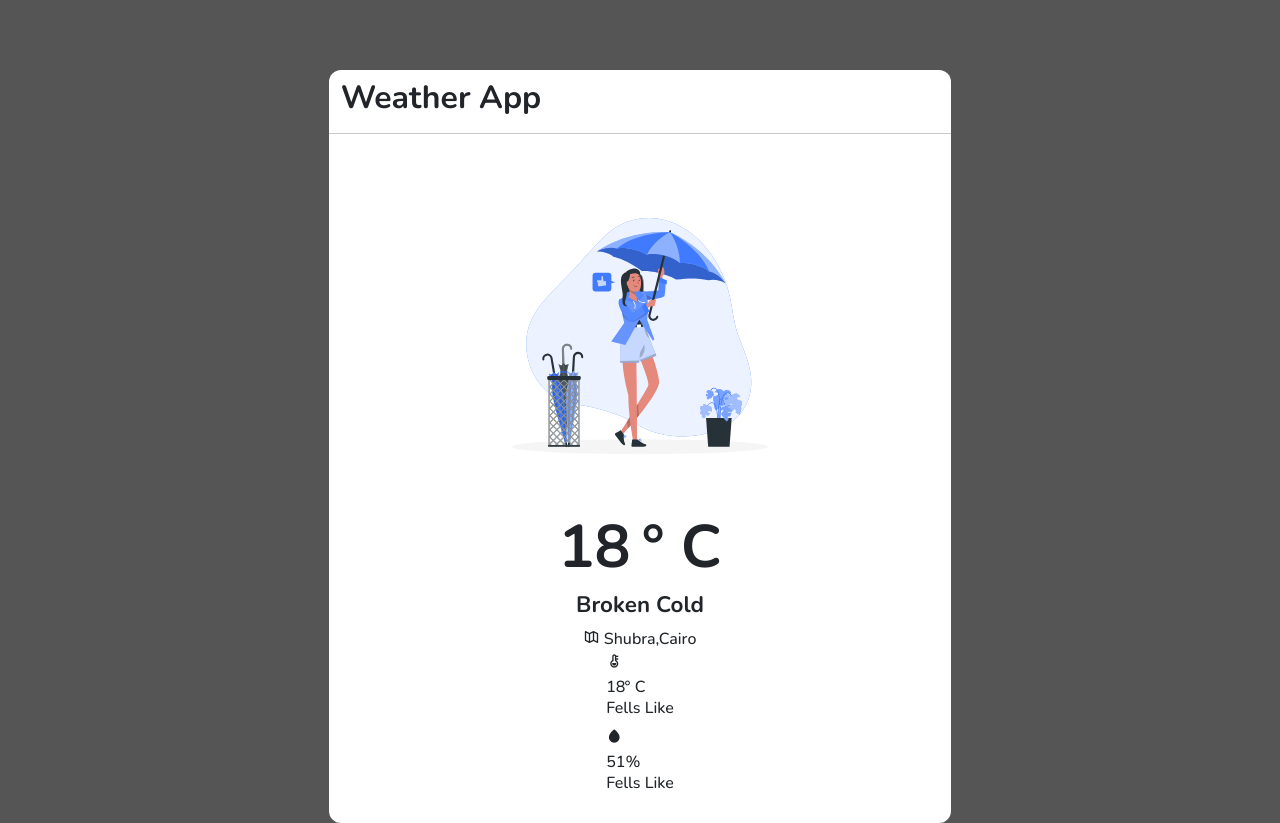
Repository: youssef168/Weather-App
Page: index.htm
The author's editor kept a copy of each file at every save. The page is drawn from the files as they stood at one save, then again after a run of saves.
The browser window is 1280 px wide. The pictures show the whole page.

Above is the page before, as saved 2021-12-28 20:04:46.

### index.htm
<!DOCTYPE html>
<html lang="en">
<head>
    <meta charset="UTF-8">
    <meta http-equiv="X-UA-Compatible" content="IE=edge">
    <meta name="viewport" content="width=device-width, initial-scale=1.0">
    <link href="https://cdn.jsdelivr.net/npm/bootstrap@5.1.3/dist/css/bootstrap.min.css" rel="stylesheet" integrity="sha384-1BmE4kWBq78iYhFldvKuhfTAU6auU8tT94WrHftjDbrCEXSU1oBoqyl2QvZ6jIW3" crossorigin="anonymous">
    <link rel="preconnect" href="https://fonts.googleapis.com">
    <link rel="preconnect" href="https://fonts.gstatic.com" crossorigin>
    <link href="https://fonts.googleapis.com/css2?family=Nunito:ital,wght@0,300;0,500;0,600;0,700;0,900;1,200;1,300;1,400;1,500;1,700&family=Work+Sans:ital,wght@1,400;1,600&display=swap" rel="stylesheet">
    <link rel="stylesheet" href="./style.css">
    <link href='https://unpkg.com/boxicons@2.1.1/css/boxicons.min.css' rel='stylesheet'>

    <title>Document</title>
</head>
<body>
    <div class="container">
        <div class='row super'>
            <h2>Weather App</h2>
            <hr>
          <div class='col'>
              <div class="wearher-img">
                  <img class="w-100" src="./Umbrella-rafiki.svg" alt="">
              </div>
              <div class="weather-details">
                  <span class="degree">18</span>
                  <span class="sign">°</span>
                  <span class="sign-2">
                    C
                  </span>
                </div>
                <h4 class='weatherStatus'>Broken Cold</h4>
              <div class="location">
                <i class='bx bx-map-alt'></i>
                <span>Shubra,Cairo</span>
              </div>
              <div class="detail-box">
                  <div class="column fellLike">
                    <i class='bx bxs-thermometer'></i>
                    <div class="innerFeild">
                        <span class="degree-2">18</span>
                        <span class="sign">°</span>
                        <span class="sign-2">
                          C
                        </span>
                    </div>
                    <h6>Fells Like</h6>
                  </div>
              </div>
              <div class="detail-box">
                  <div class="column Humidity">
                    <i class='bx bxs-droplet'></i>
                    <div class="innerFeild">
                        <span class="degree-3">51%</span>
                    </div>
                    <h6>Fells Like</h6>
                  </div>
              </div>
          </div>
    </div>

    <script src="./script.js"></script>
    <script src="https://cdn.jsdelivr.net/npm/bootstrap@5.1.3/dist/js/bootstrap.bundle.min.js" integrity="sha384-ka7Sk0Gln4gmtz2MlQnikT1wXgYsOg+OMhuP+IlRH9sENBO0LRn5q+8nbTov4+1p" crossorigin="anonymous"></script>
</body>
</html>

### style.css
/* Start Global Rules */
body {
    font-family: 'Nunito', sans-serif;
    background: #555

}



.super {
    margin: auto;
    margin-top: 70px;
    width: fit-content;
    background: #fff;
    border-radius: 12px;
    /* background-image: url('./blob.svg');
    background-repeat: no-repeat;
    background-size: covere; */
}

/* end Global Rules */

h2 {
    font-weight: bold !important;
    /* font-size: 3.6rem !important; */
    line-height: 55px ;
}

.container {
    padding: 0;
}

.wearher-img {
    width: 330px;
}

.col {
    padding: 22px;
    display: flex !important;
    flex-direction: column;
    justify-content: center;
    align-items: center;
}

.weather-details {
    font-size: 60px;
    font-weight: bold;
}

.sign {
    margin-left: -5px;
}

.weatherStatus {
    font-weight: bolder;
    font-size: 1.4rem;
}

Loaded but not shown: script.js (no copy from this time; the picture is the same without it)

After the next 2 saves:
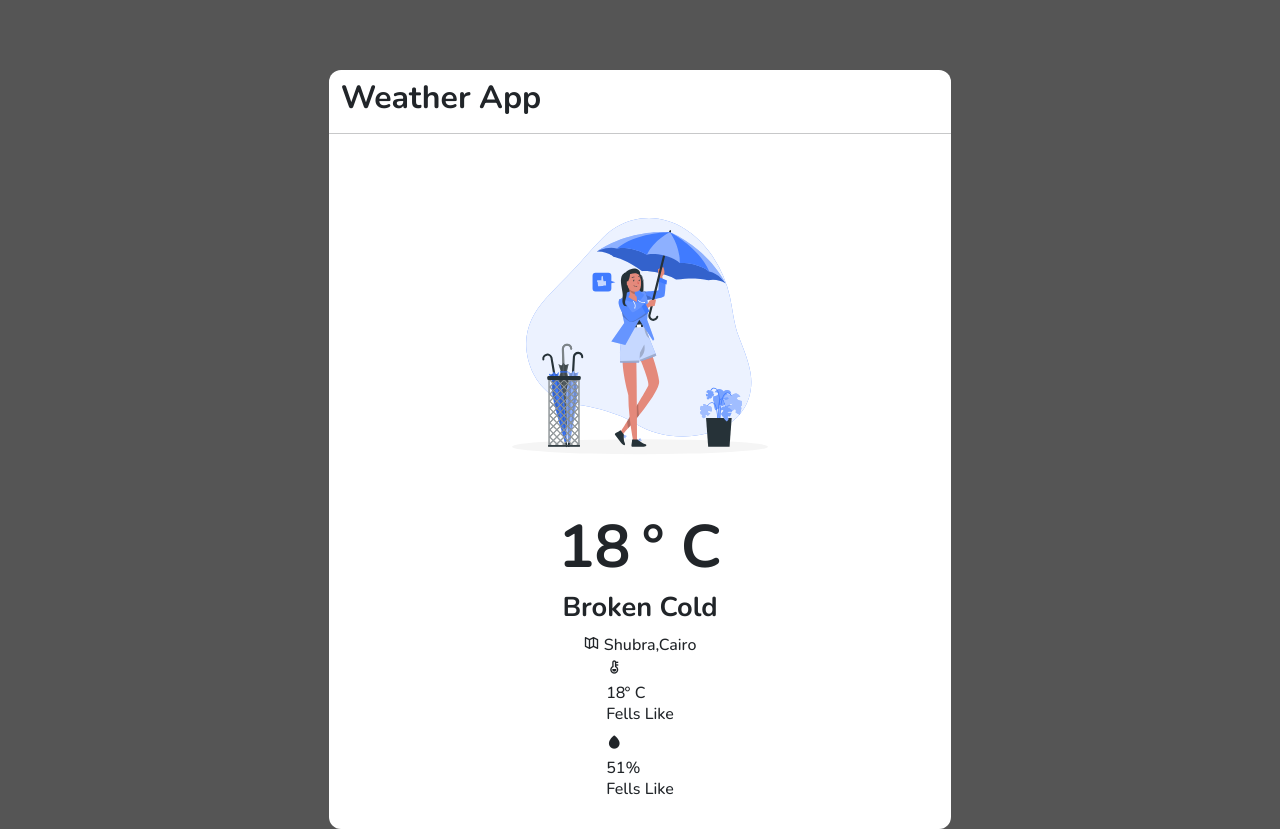
The 2 saves are shown as one change because they came seconds apart.
The last was saved 8 s later.
--- a/style.css
+++ b/style.css
@@ -53,5 +53,5 @@ h2 {
 
 .weatherStatus {
     font-weight: bolder;
-    font-size: 1.4rem;
+    font-size: 1.7rem;
 }
